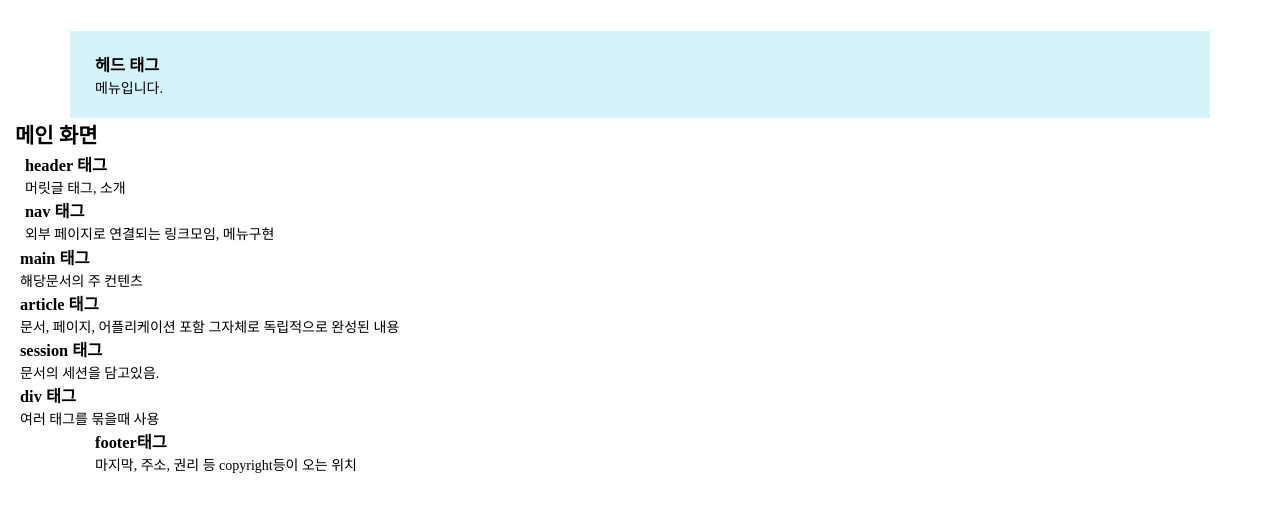
Repository: marudaga/html-css-lecture
Page: work/study/src/main/webapp/htmlEx/ch03/ex10.html
The author's editor kept a copy of each file at every save. The page is drawn from the files as they stood at one save, then again after the next save.
The browser window is 1280 px wide. The pictures show the whole page.

Above is the page before, as saved 2022-09-07 01:32:52.

### work/study/src/main/webapp/htmlEx/ch03/ex10.html
<!DOCTYPE html>
<html>
<head>
<meta charset="UTF-8">
<title>Insert title here</title>
<style type="text/css">
* {
	margin:1px 5px; padding:0;
}
body{
	font-size: 14px; font-family: 맑은 고딕;
}

header, main,footer{
	width: 1100px; margin: 0 auto;/* margin: 0 auto 좌우 대칭*/
}

header {
	background: #d4f4fa; margin-top: 30px; padding: 20px;
}
</style>

</head>
<body>
	<header>
		<h3>헤드 태그</h3>
		<nav>메뉴입니다.</nav>
	</header>
	<main></main>
	<h2>메인 화면</h2>

	<section style="float: left; width: 65%;">
		<article>
			<h3>header 태그</h3>
			<p>머릿글 태그, 소개</p>
		</article>

		<article>
			<h3>nav 태그</h3>
			<p>외부 페이지로 연결되는 링크모임, 메뉴구현</p>
		</article>
	</section>
	<aside style="float: right; width: 30%;"></aside>
	<div style="clear: both;"></div>

	<article>
		<h3>main 태그</h3>
		<p>해당문서의 주 컨텐츠</p>
	</article>
	<article>
		<h3>article 태그</h3>
		<p>문서, 페이지, 어플리케이션 포함 그자체로 독립적으로 완성된 내용</p>

	</article>

	<article>
		<h3>session 태그</h3>
		<p>문서의 세션을 담고있음.</p>
	</article>
	<article>
		<h3>div 태그</h3>
		<p>여러 태그를 묶을때 사용</p>
	</article>
	<footer>
	<h3>footer태그</h3>
	<p>마지막, 주소, 권리 등 copyright등이 오는 위치
	</footer>
</body>
</html>

After the next save:
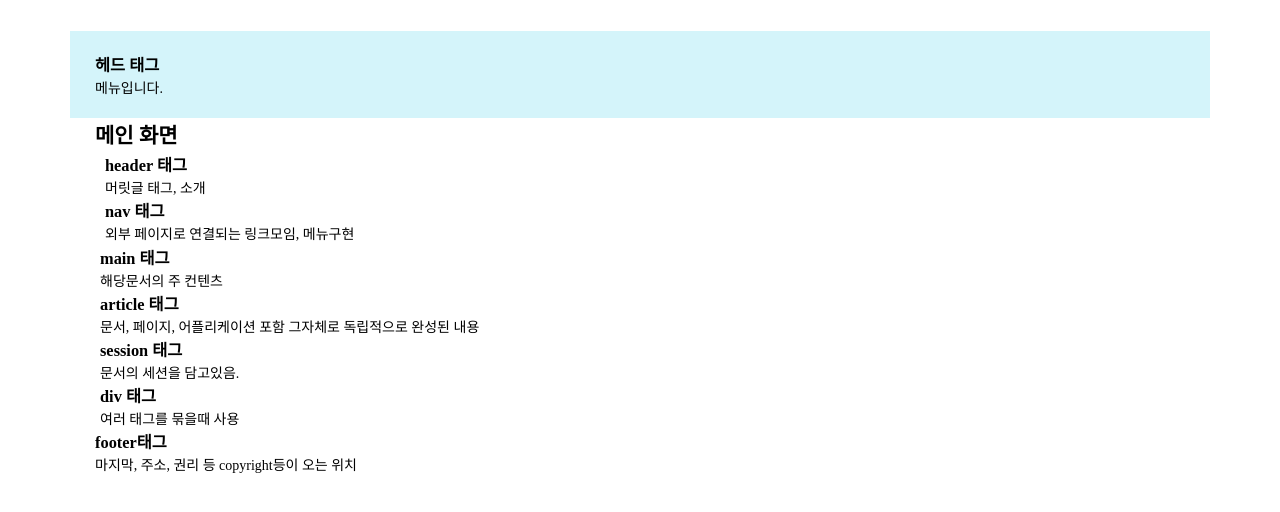
Saved 27 s later.
--- a/work/study/src/main/webapp/htmlEx/ch03/ex10.html
+++ b/work/study/src/main/webapp/htmlEx/ch03/ex10.html
@@ -5,18 +5,24 @@
 <title>Insert title here</title>
 <style type="text/css">
 * {
-	margin:1px 5px; padding:0;
-}
-body{
-	font-size: 14px; font-family: 맑은 고딕;
+	margin: 1px 5px;
+	padding: 0;
 }
 
-header, main,footer{
-	width: 1100px; margin: 0 auto;/* margin: 0 auto 좌우 대칭*/
+body {
+	font-size: 14px;
+	font-family: 맑은 고딕;
+}
+
+header, main, footer {
+	width: 1100px;
+	margin: 0 auto; /* margin: 0 auto 좌우 대칭*/
 }
 
 header {
-	background: #d4f4fa; margin-top: 30px; padding: 20px;
+	background: #d4f4fa;
+	margin-top: 30px;
+	padding: 20px;
 }
 </style>
 
@@ -26,44 +32,45 @@ header {
 		<h3>헤드 태그</h3>
 		<nav>메뉴입니다.</nav>
 	</header>
-	<main></main>
-	<h2>메인 화면</h2>
+	<main>
+		<h2>메인 화면</h2>
 
-	<section style="float: left; width: 65%;">
+		<section style="float: left; width: 65%;">
+			<article>
+				<h3>header 태그</h3>
+				<p>머릿글 태그, 소개</p>
+			</article>
+
+			<article>
+				<h3>nav 태그</h3>
+				<p>외부 페이지로 연결되는 링크모임, 메뉴구현</p>
+			</article>
+		</section>
+		<aside style="float: right; width: 30%;"></aside>
+		<div style="clear: both;"></div>
+
 		<article>
-			<h3>header 태그</h3>
-			<p>머릿글 태그, 소개</p>
+			<h3>main 태그</h3>
+			<p>해당문서의 주 컨텐츠</p>
+		</article>
+		<article>
+			<h3>article 태그</h3>
+			<p>문서, 페이지, 어플리케이션 포함 그자체로 독립적으로 완성된 내용</p>
+
 		</article>
 
 		<article>
-			<h3>nav 태그</h3>
-			<p>외부 페이지로 연결되는 링크모임, 메뉴구현</p>
+			<h3>session 태그</h3>
+			<p>문서의 세션을 담고있음.</p>
 		</article>
-	</section>
-	<aside style="float: right; width: 30%;"></aside>
-	<div style="clear: both;"></div>
-
-	<article>
-		<h3>main 태그</h3>
-		<p>해당문서의 주 컨텐츠</p>
-	</article>
-	<article>
-		<h3>article 태그</h3>
-		<p>문서, 페이지, 어플리케이션 포함 그자체로 독립적으로 완성된 내용</p>
-
-	</article>
-
-	<article>
-		<h3>session 태그</h3>
-		<p>문서의 세션을 담고있음.</p>
-	</article>
-	<article>
-		<h3>div 태그</h3>
-		<p>여러 태그를 묶을때 사용</p>
-	</article>
+		<article>
+			<h3>div 태그</h3>
+			<p>여러 태그를 묶을때 사용</p>
+		</article>
+	</main>
 	<footer>
-	<h3>footer태그</h3>
-	<p>마지막, 주소, 권리 등 copyright등이 오는 위치
+		<h3>footer태그</h3>
+		<p>마지막, 주소, 권리 등 copyright등이 오는 위치
 	</footer>
 </body>
 </html>
